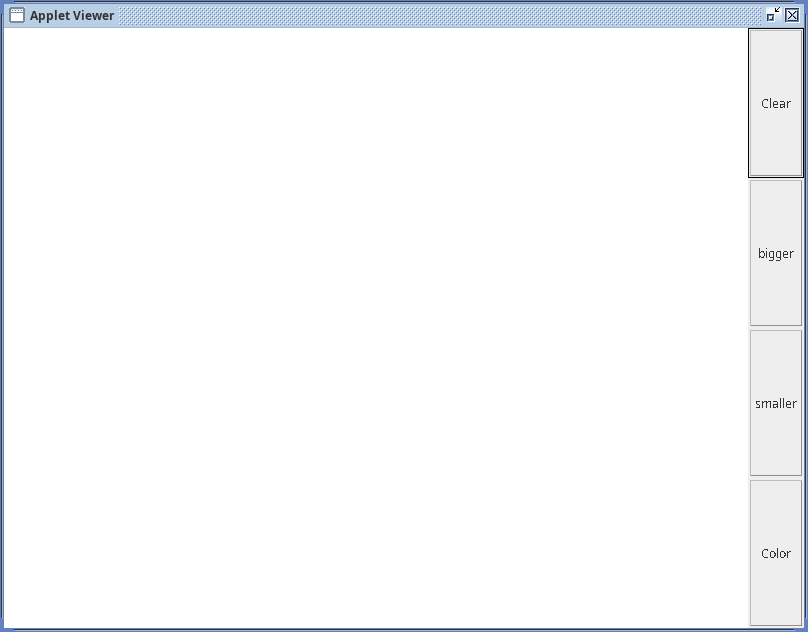
Repository: EnjoyWorkTrue/Spring2014
Program's window: java CMP342/Assignment2/project1/Drwing.java
These files come from the project's save history. The program's window is drawn as it stood at one moment and after the next save; the edit follows.
It runs on Java 21 on a 1366 x 768 screen with the Metal look.

Above is the program's window before, as saved 2014-02-25 01:36:03.

### CMP342/Assignment2/project1/Drwing.java
package project1;
import java.applet.Applet;
import java.awt.BorderLayout;
import java.awt.Frame;

public class Drwing extends Applet{

buttonPanel btn = new buttonPanel();
WhiteBoard wb = new WhiteBoard();

public void init() {
	setSize(800,600);



	setLayout(new BorderLayout());
    add(btn,BorderLayout.EAST);
    add(wb,BorderLayout.CENTER);




}





}

### CMP342/Assignment2/project1/buttonPanel.java
package project1;

import java.applet.Applet;
import java.awt.Button;
import java.awt.Color;
import java.awt.Graphics;
import java.awt.GridLayout;
import java.awt.Panel;
import java.awt.event.ActionEvent;
import java.awt.event.ActionListener;

import javax.swing.JColorChooser;

public class buttonPanel extends Panel implements ActionListener{


buttonPanel(){
		setLayout(new GridLayout(4,1));
		Button btn = new Button("Clear");
		Button btn1 = new Button("bigger");
		Button btn2 = new Button("smaller");
		Button btn3 = new Button("Color");
		add(btn);
		add(btn1);
		add(btn2);
		add(btn3);
		btn.addActionListener(this);
		btn1.addActionListener(this);
		btn2.addActionListener(this);
		btn3.addActionListener(this);
	}


	@Override
	public void actionPerformed(ActionEvent e) {
		if(e.getActionCommand()=="Clear"){
			Applet app = (Applet)WhiteBoard.a.getSource();
			Graphics g = app.getGraphics();
			g.setColor(Color.white);
			g.fillRect(0, 0,app.getSize().width,app.getSize().height);

		}
		if(e.getActionCommand()=="bigger"){
			WhiteBoard.bigger();
		}
		if(e.getActionCommand()=="smaller")
		{
			WhiteBoard.smaller();
		}
		if(e.getActionCommand()=="Color"){
			WhiteBoard.changeColor(JColorChooser.showDialog(this,"CHOOSE",WhiteBoard.getColor()));
			//x.changeColor(JColorChooser.showDialog(this,"CHOOSE",Color.red));


		}

	}



}

### CMP342/Assignment2/project1/WhiteBoard.java
package project1;

import java.applet.Applet;
import java.awt.Color;
import java.awt.Font;
import java.awt.FontMetrics;
import java.awt.Graphics;
import java.awt.Panel;
import java.awt.event.KeyEvent;
import java.awt.event.KeyListener;
import java.awt.event.MouseEvent;
import java.awt.event.MouseListener;
import java.awt.event.MouseMotionListener;

public class WhiteBoard extends Panel implements MouseMotionListener,MouseListener,KeyListener{
	private static Color drawColor = Color.black;
	private static Color textColor = Color.black;
	protected FontMetrics fm;
	static int size = 30;
	private int thisx;
	private int thisy;

	public static MouseEvent a;

	public WhiteBoard(){
		Font font = new Font("Serif", Font.BOLD, 20);
		fm = getFontMetrics(font);
		setFont(font);
		setBackground(Color.white);
		setForeground(drawColor);
		addKeyListener(this);
	    addMouseMotionListener(this);
	    addMouseListener(this);
	}

	@Override
	public void mouseDragged(MouseEvent e) {
		int x = e.getX();
		int y = e.getY();
		Graphics g = getGraphics();
		g.setColor(drawColor);
		g.fillOval(x, y, size, size);
		recordPosition(x,y);

	}
private void recordPosition(int x, int y) {
		thisx = x;
		thisy = y;

	}
	@Override
	public void mousePressed(MouseEvent e) {
		this.a = e;
	}

	public static void bigger(){
		size+=5;
	}
	public static void smaller(){
		size-=5;
	}

	public static void changeColor(Color s){
		drawColor=s;
	}

	public static Color getColor() {
		// TODO Auto-generated method stub
		return drawColor;
	}
	@Override
	public void mouseClicked(MouseEvent e) {
		thisx = e.getX();
		thisy = e.getY();


	}
	@Override
	public void mouseReleased(MouseEvent e) {
		// TODO Auto-generated method stub

	}
	@Override
	public void mouseEntered(MouseEvent e) {
		// TODO Auto-generated method stub

	}
	@Override
	public void mouseExited(MouseEvent e) {
		// TODO Auto-generated method stub

	}
	@Override
	public void mouseMoved(MouseEvent e) {
		// TODO Auto-generated method stub

	}
	@Override
	public void keyTyped(KeyEvent e) {
		System.out.println("?");

	}
	@Override
	public void keyPressed(KeyEvent e) {
		String s = String.valueOf(e.getKeyChar());
		Graphics g = getGraphics();
		g.setColor(textColor);
		g.drawString(s,thisx,thisy);
		this.recordPosition(thisx+fm.stringWidth(s), thisy);

	}
	@Override
	public void keyReleased(KeyEvent e) {
		System.out.println("?");
		// TODO Auto-generated method stub

	}

	public static Color getTextColor() {
		// TODO Auto-generated method stub
		return textColor;
	}

	public static void chageTextColor(Color chooseColor) {
		textColor=chooseColor;

	}





}

After the next save:
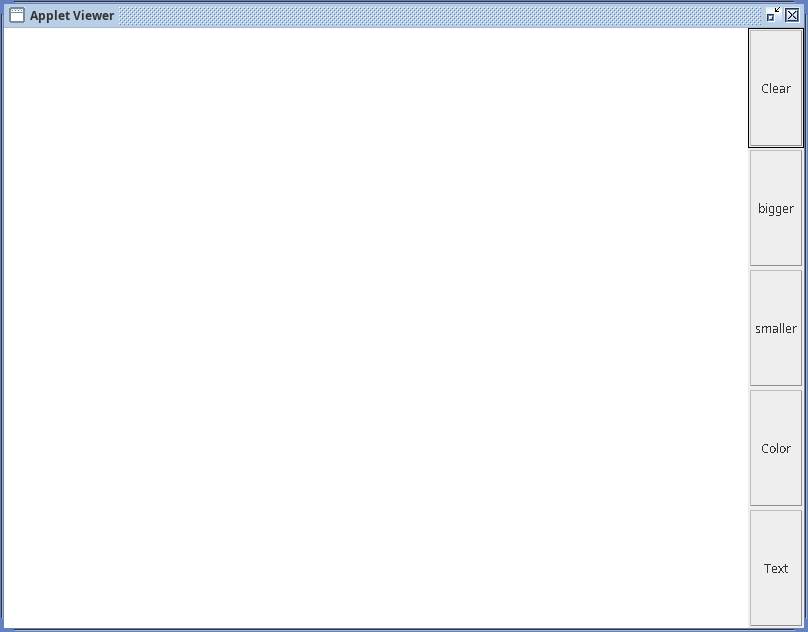
Saved 5 s later.
--- a/CMP342/Assignment2/project1/buttonPanel.java
+++ b/CMP342/Assignment2/project1/buttonPanel.java
@@ -15,19 +15,22 @@
 
 
 buttonPanel(){
-		setLayout(new GridLayout(4,1));
+		setLayout(new GridLayout(5,1));
 		Button btn = new Button("Clear");
 		Button btn1 = new Button("bigger");
 		Button btn2 = new Button("smaller");
 		Button btn3 = new Button("Color");
+		Button btn4 = new Button("Text");
 		add(btn);
 		add(btn1);
 		add(btn2);
 		add(btn3);
+		add(btn4);
 		btn.addActionListener(this);
 		btn1.addActionListener(this);
 		btn2.addActionListener(this);
 		btn3.addActionListener(this);
+		btn4.addActionListener(this);
 	}
 
 
@@ -50,8 +53,9 @@
 		if(e.getActionCommand()=="Color"){
 			WhiteBoard.changeColor(JColorChooser.showDialog(this,"CHOOSE",WhiteBoard.getColor()));
 			//x.changeColor(JColorChooser.showDialog(this,"CHOOSE",Color.red));
-
-
+		}
+		if(e.getActionCommand()=="Text"){
+			WhiteBoard.chageTextColor(JColorChooser.showDialog(this,"CHOOSE",WhiteBoard.getTextColor()));
 		}
 
 	}
